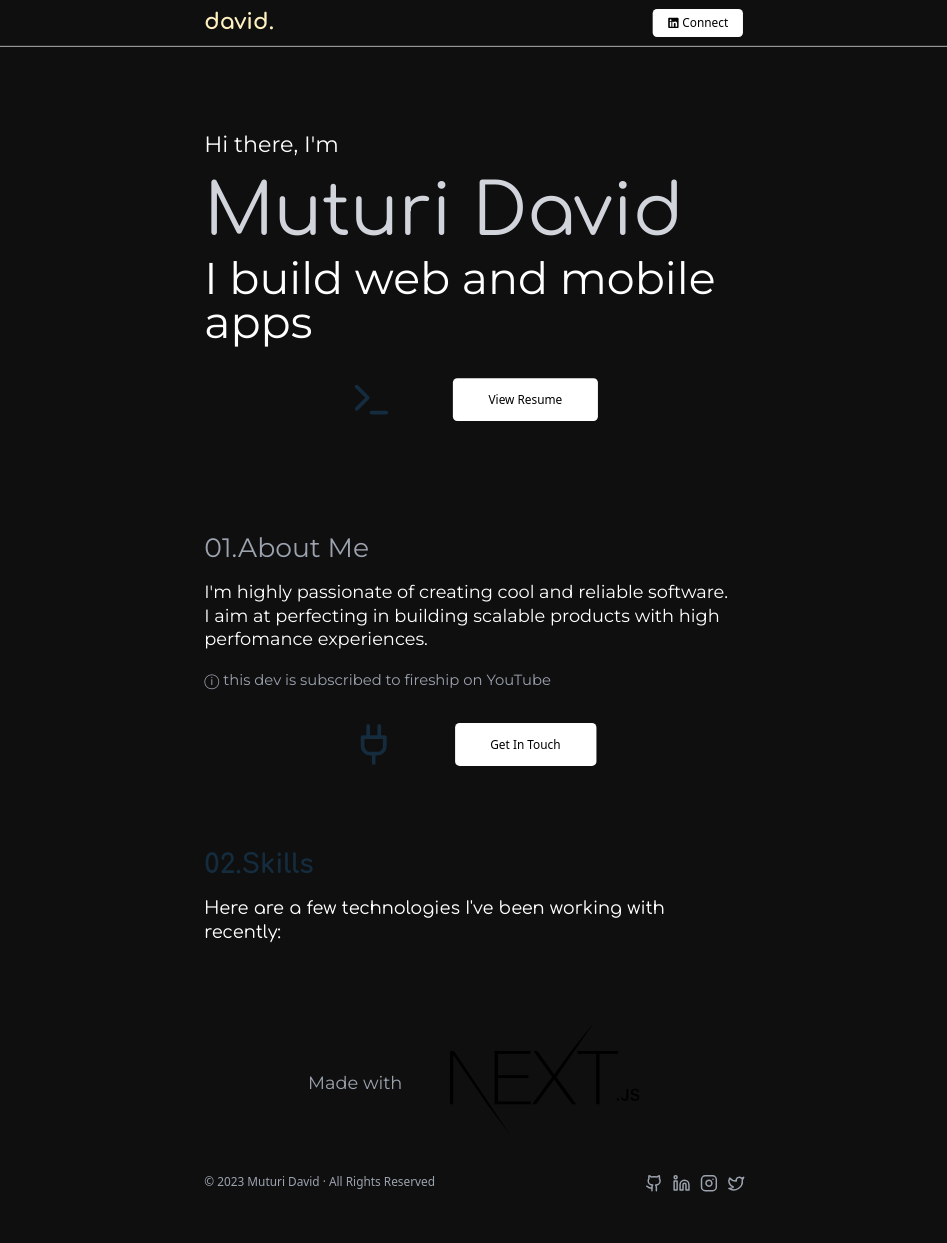
Repository: tushcmd/tushdev-portfolio
Page: /
The author's editor kept a copy of each file at every save. The page is drawn from the files as they stood at one save, then again after the next save.
The browser window is 1280 px wide. The pictures show the whole page, at 74% of full size.
The project was rebuilt for these pictures with package versions that can differ from the ones it lists, and the page was loaded fresh each time. The framework's server and built-in components were replaced by stand-ins that run in the browser. Also part of the build but not shown: next.config.js.

Above is the page before, as saved 2023-12-16 01:53:31.

### app/layout.tsx
import type { Metadata } from 'next'
import { Inter } from 'next/font/google'
import './globals.css'

const inter = Inter({ subsets: ['latin'] })

export const metadata: Metadata = {
  title: 'Muturi | Software Engineer',
  description: 'This is my Portfolio',

}

export default function RootLayout({
  children,
}: {
  children: React.ReactNode
}) {
  return (
    <html lang="en">
      <head>
        <link rel="icon" href="./public/favicon.ico" />
      </head>
      <body className={`{inter.className} bg-primary w-full overflow-y-visible overflow-x-hidden`} >{children}</body>
    </html>
  )
}

### app/page.tsx
import Navbar from '@/app/ui/nav';
import Hero from '@/app/ui/hero';
import About from './ui/about';
import Skills from '@/app/ui/skills'
import Footer from './ui/footer';
import ScrollHeader from '@/app/ui/nav';

export default function Page() {
  return (
    <main>
      <ScrollHeader />
      <Hero />
      <About />
      <Skills />
      <Footer />
    </main>
  );
}

### app/ui/hero.tsx
import { opensans } from '@/app/ui/fonts';
import { inter } from '@/app/ui/fonts';
import { comfortaa } from '@/app/ui/fonts';
import { montserrat } from '@/app/ui/fonts';
import hero from '@/constants/hero';
import { Terminal } from 'lucide-react';

export default async function Hero() {
  return (
    <section className='relative flex flex-col justify-center items-center h-screen md:py-16 py-6 overflow-auto'>
      <div className='flex items-start flex-col md:max-w-3xl py-6 w-full md:px-5 px-5 justify-between'>
        <p className={`${montserrat.className} text-3xl text-white py-6`}>
          Hi there, I&apos;m
        </p>
        <h6
          className={`${comfortaa.className} text-5xl md:text-8xl text-[#D1D5DB] text-bold pb-3`}
        >
          {hero.name}
        </h6>
        <p className={`${montserrat.className} text-4xl md:text-6xl text-white`}>
          {hero.paragraph}
        </p>
      </div>
      <div className='flex flex-row md:max-w-3xl pt-3 md:py-5 py-10 w-full md:px-5 px-5 justify-center space-x-12 md:space-x-20'>
        <svg
          xmlns='http://www.w3.org/2000/svg'
          width='60'
          height='60'
          viewBox='0 0 24 24'
          fill='none'
          stroke='#142c3e'
          stroke-width='2'
          stroke-linecap='round'
          stroke-linejoin='round'
          className='lucide lucide-terminal'
        >
          <polyline points='4 17 10 11 4 5' />
          <line x1='12' x2='20' y1='19' y2='19' />
        </svg>
        <div className='flex items-center gap-2'>
          <a
            href='/'
            target='_blank'
            rel='_noreferrer'
            className='flex items-center gap-1 md:hover:bg-slate-200 rounded-md px-12 bg-white text-black font-medium py-[1.08rem]'
          >
            View Resume
          </a>
        </div>
      </div>
    </section>
  );
}

### app/ui/about.tsx
import { comfortaa } from '@/app/ui/fonts';
import { montserrat } from '@/app/ui/fonts'
import about from '@/constants/about';

export default async function About() {
  return (
    <section className='relative flex flex-col justify-center items-center '>
      <div className='flex items-start flex-col md:max-w-3xl pb-10 w-full md:px-5 px-5 justify-between'>
        <h6
          className={`${montserrat.className} text-gray-400 text-3xl md:text-4xl pb-6`}
        >
          01.About Me
        </h6>
        <p className={`${montserrat.className} text-white text-xl md:text-2xl`}>
          I&apos;m {about.paragraph} <br />
          {about.paragraph2}
        </p>
        <i className={`${montserrat.className} text-gray-400 text-xl py-6 items-center}`}>ⓘ this dev is subscribed to fireship on YouTube </i>
        <div className='flex flex-row md:max-w-3xl pt-3 md:py-5 py-10 w-full md:px-5 px-5 justify-center space-x-12 md:space-x-20'>
          <svg
            xmlns='http://www.w3.org/2000/svg'
            width='60'
            height='60'
            viewBox='0 0 24 24'
            fill='none'
            stroke='#142c3e'
            stroke-width='2'
            stroke-linecap='round'
            stroke-linejoin='round'
            className='lucide lucide-plug'
          >
            <path d='M12 22v-5' />
            <path d='M9 8V2' />
            <path d='M15 8V2' />
            <path d='M18 8v5a4 4 0 0 1-4 4h-4a4 4 0 0 1-4-4V8Z' />
          </svg>
          <div className='flex items-center gap-2'>
            <a
              href='mailto:muturidavid854@gmail.com'
              target='_blank'
              rel='_noreferrer'
              className='flex items-center gap-1 md:hover:bg-slate-200 text-xm md:text-base rounded-md px-12 bg-white text-black font-medium py-[1.08rem]'
            >
              Get In Touch
            </a>
          </div>
        </div>
      </div>
    </section>
  );
}

### app/ui/skills.tsx
import { comfortaa } from './fonts';

export default async function About() {
  return (
    <section className='relative flex flex-col justify-center items-center pt-3'>
      <div className='flex items-start flex-col md:max-w-3xl py-10 w-full md:px-5 px-5 justify-between'>
        <h6
          className={`${comfortaa.className} text-[#142c3e] font-bold text-3xl md:text-4xl pb-6`}
        >
          02.Skills
        </h6>
        <p className={`${comfortaa.className} text-white text-base md:text-2xl`}>
          Here are a few technologies I&apos;ve been working with recently:
        </p>
        <div className='grid-cols-4'>
          <div></div>
        </div>
      </div>
    </section>
  );
}

### app/ui/footer.tsx
import { Github } from 'lucide-react';
import { Linkedin } from 'lucide-react';
import { Instagram } from 'lucide-react';
import { Twitter } from 'lucide-react';
import { comfortaa } from './fonts';
import { montserrat } from './fonts';

export default async function Footer() {
  return (
    <section className='relative flex flex-col justify-center items-center pt-16 border-t-0'>
      <div className='flex flex-col md:flex-row md:max-w-3xl items-center gap-16 justify-center'>
        <p className={`${montserrat.className} text-gray-400 text-2xl pt-3`}>Made with</p>
        <svg
          height='154.5'
          preserveAspectRatio='xMidYMid'
          viewBox='0 0 512 309'
          width='256'
          xmlns='http://www.w3.org/2000/svg'
        >
          <path d='m120.81043 80.5613102h96.567895v7.6753487h-87.715838v57.7670991h82.485077v7.675348h-82.485077v63.422619h88.721754v7.675348h-97.573811zm105.21877 0h10.260338l45.467384 63.4226188 46.4733-63.4226188 63.211264-80.5613102-103.850254 150.649363 53.514709 74.12771h-10.662704l-48.686315-67.462275-48.887497 67.462275h-10.461521l53.917074-74.12771zm118.899221 7.6753486v-7.6753486h110.047164v7.6753487h-50.698145v136.5404141h-8.852058v-136.5404141zm-344.928421-7.6753486h11.0650714l152.5808586 228.3226968-63.054372-84.106934-91.33713469-133.3086883-.40236623 133.3086883h-8.85205708zm454.083705 134.2241588c-1.808538 0-3.164943-1.401289-3.164943-3.212184 0-1.810897 1.356405-3.212186 3.164943-3.212186 1.830069 0 3.164943 1.401289 3.164943 3.212186 0 1.810895-1.334874 3.212184-3.164943 3.212184zm8.69821-8.450851h4.736648c.06459 2.565437 1.937721 4.290101 4.693588 4.290101 3.078821 0 4.822769-1.854014 4.822769-5.324899v-21.989457h4.82277v22.011016c0 6.251906-3.617077 9.852139-9.602478 9.852139-5.619388 0-9.473297-3.492442-9.473297-8.8389zm25.38413-.280256h4.779709c.409074 2.953486 3.294124 4.829057 7.449457 4.829057 3.875441 0 6.717429-2.004921 6.717429-4.764383 0-2.371411-1.808538-3.794259-5.920812-4.764383l-4.004619-.970122c-5.619389-1.315057-8.181486-4.031402-8.181486-8.601759 0-5.540482 4.521348-9.226949 11.303367-9.226949 6.308355 0 10.915822 3.686467 11.195715 8.925132h-4.693588c-.452134-2.867252-2.949641-4.65659-6.566718-4.65659-3.810849 0-6.351414 1.832454-6.351414 4.635033 0 2.220503 1.636295 3.492442 5.683978 4.441008l3.423305.840772c6.372946 1.487524 8.999632 4.074517 8.999632 8.752668 0 5.950089-4.607467 9.679672-11.970803 9.679672-6.889671 0-11.518667-3.557118-11.863152-9.119156z' />
        </svg>
      </div>
      <div className='flex items-center flex-col md:max-w-3xl md:flex-row-reverse pt-5 pb-10 w-full md:px-5 px-5 justify-between border-t-0'>
        <div className='flex space-x-4 py-8 flex-row text-gray-400'>
          <a
            href='#'
            className='w-[21px] h-[21px] object-contain cursor-pointer'
          >
            <Github />
          </a>
          <a
            href='#'
            className='w-[21px] h-[21px] object-contain cursor-pointer'
          >
            <Linkedin />
          </a>
          <a
            href='#'
            className='w-[21px] h-[21px] object-contain cursor-pointer'
          >
            <Instagram />
          </a>
          <a
            href='#'
            className='w-[21px] h-[21px] object-contain cursor-pointer'
          >
            <Twitter />
          </a>
        </div>
        <div>
          <p className='text-gray-400 text-base '>
            <span>&copy;</span> 2023 Muturi David · All Rights Reserved
          </p>
        </div>
      </div>
    </section>
  );
}

### app/ui/nav.tsx
'use client'

import Link from 'next/link';
import { comfortaa } from '@/app/ui/fonts';
import { useEffect } from 'react';

export default function Navbar() {
  useEffect(() => {
    const handleScroll = () => {
      const header = document.getElementById('header');

      if (header && window.scrollY > 250) {
        header.classList.add('border-b-[0.5px]');
        header.classList.add('border-[#202020]')
        header.classList.add('shadow-xl');
      } else if (header) {
        header.classList.remove('borderClass');
        header.classList.remove('border-[#202020]')
        header.classList.remove('shadow-xl');
      }
    };

    window.addEventListener('scroll', handleScroll);

    return () => {
      window.removeEventListener('scroll', handleScroll);
    };
  }, []);

  return (
    <header id='header' className='fixed flex justify-center items-center w-full z-9999 t-0 bg-[#0F0F0F]'>
      <div className='flex items-start md:max-w-3xl py-3 w-full md:px-5 px-5 justify-between'>
        <Link
          href='/'
          className={`${comfortaa.className} antialiased font-bold text:2xl md:text-3xl text-logo`}
        >
          david<span>.</span>
        </Link>
        <div className='flex items-center gap-2'>
          <a
            href='https://www.linkedin.com/in/muturi-david-44b505208/'
            target='_blank'
            rel='_noreferrer'
            className='flex items-center gap-1 md:hover:bg-slate-200 rounded-md px-5 bg-white text-black font-medium py-[0.45rem]'
          >
            <svg
              stroke='currentColor'
              fill='currentColor'
              stroke-width='0'
              viewBox='0 0 448 512'
              className='mt-[0.03rem]'
              height='1em'
              width='1em'
              xmlns='http://www.w3.org/2000/svg'
            >
              <path d='M416 32H31.9C14.3 32 0 46.5 0 64.3v383.4C0 465.5 14.3 480 31.9 480H416c17.6 0 32-14.5 32-32.3V64.3c0-17.8-14.4-32.3-32-32.3zM135.4 416H69V202.2h66.5V416zm-33.2-243c-21.3 0-38.5-17.3-38.5-38.5S80.9 96 102.2 96c21.2 0 38.5 17.3 38.5 38.5 0 21.3-17.2 38.5-38.5 38.5zm282.1 243h-66.4V312c0-24.8-.5-56.7-34.5-56.7-34.6 0-39.9 27-39.9 54.9V416h-66.4V202.2h63.7v29.2h.9c8.9-16.8 30.6-34.5 62.9-34.5 67.2 0 79.7 44.3 79.7 101.9V416z'></path>
            </svg>
            Connect
          </a>
        </div>
      </div>
    </header>
  );
}

### app/ui/fonts.ts
import { Inter, Comfortaa, Open_Sans, Montserrat } from 'next/font/google';

export const inter = Inter({ subsets: ['latin'] });

export const comfortaa = Comfortaa({
  weight: ['400', '700'],
  subsets: ['latin'],
});

export const opensans = Open_Sans({
    weight: ['300', '400', '500', '600', '700', '800'],
    subsets: ['latin']
});

export const montserrat = Montserrat({
  weight: ['300', '400', '500', '600', '700', '800'],
  subsets: ['latin'],
});

### constants/hero.ts
interface Hero {
    greet: string;
    name: string;
    paragraph: string;
}

const hero: Hero = {
    greet: 'Hi there, I am',
    name: 'Muturi David',
    paragraph: `I build web and mobile
    apps`,
};

export default hero;

### constants/about.ts
interface About {
    paragraph: string;
    paragraph2: string;
}

const about: About = {
    paragraph: ' highly passionate of creating cool and reliable software.',
    paragraph2: 'I aim at perfecting in building scalable products with high perfomance experiences. ',
};

export default about;

### tailwind.config.ts
import type { Config } from 'tailwindcss'

const config: Config = {
  content: [
    './pages/**/*.{js,ts,jsx,tsx,mdx}',
    './components/**/*.{js,ts,jsx,tsx,mdx}',
    './app/**/*.{js,ts,jsx,tsx,mdx}',
  ],
  theme: {
    extend: {
      colors: {
        primary: "#0F0F0F",
        heading: "#FFFFFF",
        logo: "#FFF0C1",
        dimGray: "D1D5DB",
        iconBg: '#9CA3AF',
        iconText: '202020',
      },
      screens: {
        sm: '480px',
        md: '768px',
        lg: '976px',
        xl: '1440px',
      },
    },
  },
  plugins: [],
}
export default config

Loaded but not shown: app/globals.css (common file)

After the next save:
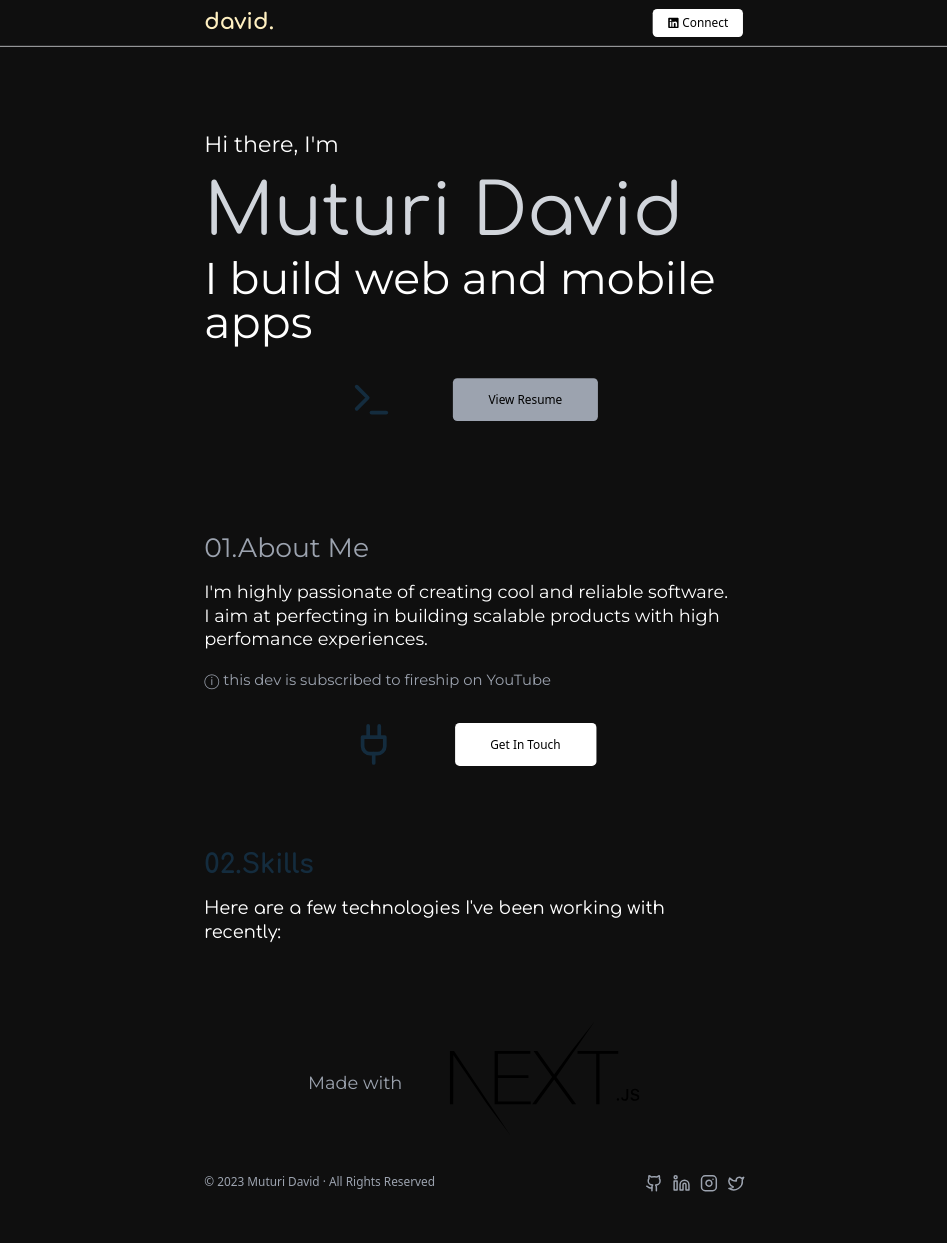
Saved 100 s later.
--- a/app/ui/hero.tsx
+++ b/app/ui/hero.tsx
@@ -42,7 +42,7 @@ export default async function Hero() {
             href='/'
             target='_blank'
             rel='_noreferrer'
-            className='flex items-center gap-1 md:hover:bg-slate-200 rounded-md px-12 bg-white text-black font-medium py-[1.08rem]'
+            className='flex items-center gap-1 md:hover:bg-slate-200 rounded-md px-12 bg-gray-400 text-black font-medium py-[1.08rem]'
           >
             View Resume
           </a>
